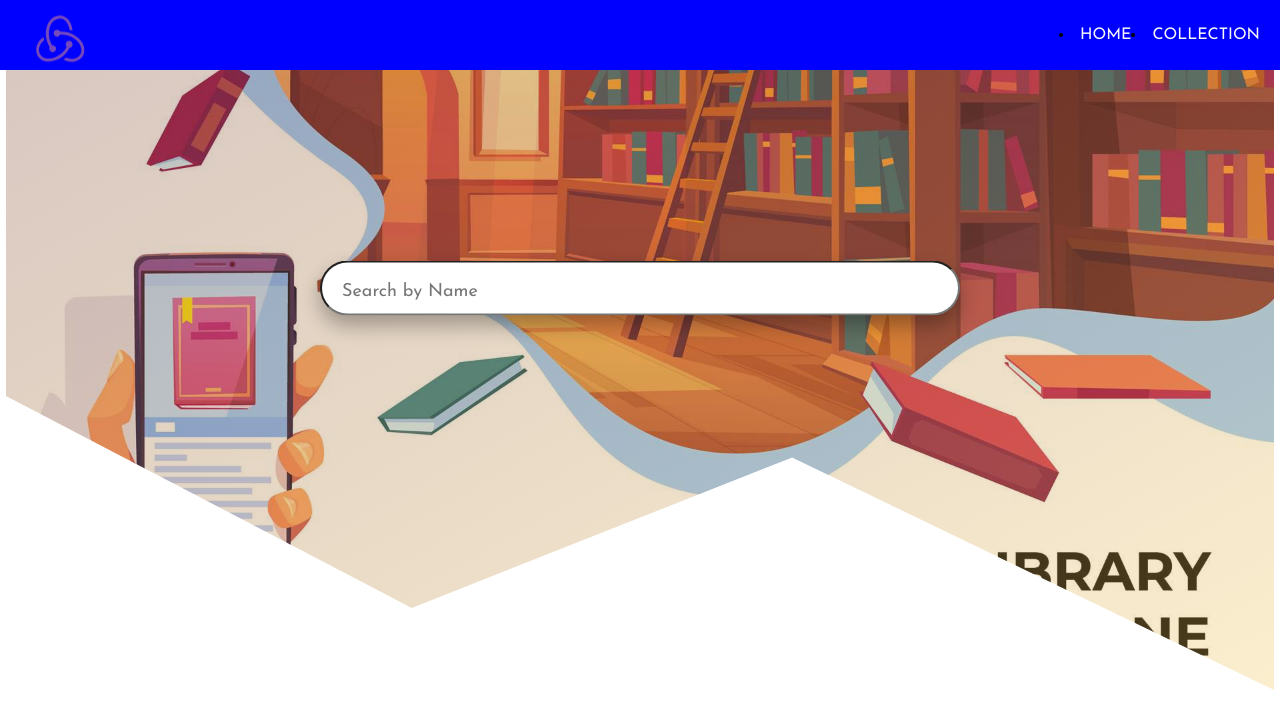
Repository: Kol124/react-book-library
Page: /
These files come from the project's save history. The page is drawn as it stood at one moment and after the next save; the edit follows.
The browser window is 1280 px wide. The pictures show the whole page.
The project was rebuilt for these pictures with package versions that can differ from the ones it lists, and the page was loaded fresh each time.

Above is the page before, as saved 2021-07-13 18:32:35.

After the next save:
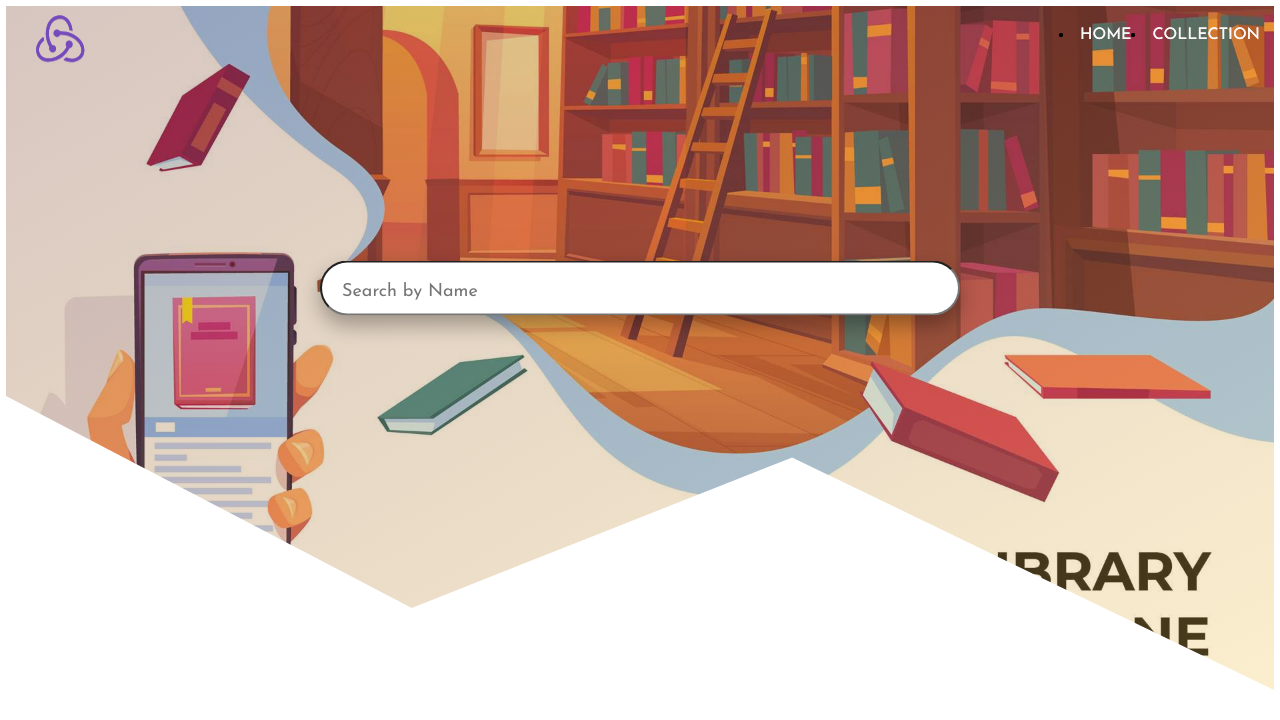
Saved 40 s later.
--- a/src/components/Nav.js
+++ b/src/components/Nav.js
@@ -30,7 +30,7 @@
   margin: 0 auto;
   font-size: 1.6rem;
   position: absolute;
-  background-color: blue;
+  background-color: transparent;
   justify-content: space-between;
   align-items: center;
   max-width: 130rem;
